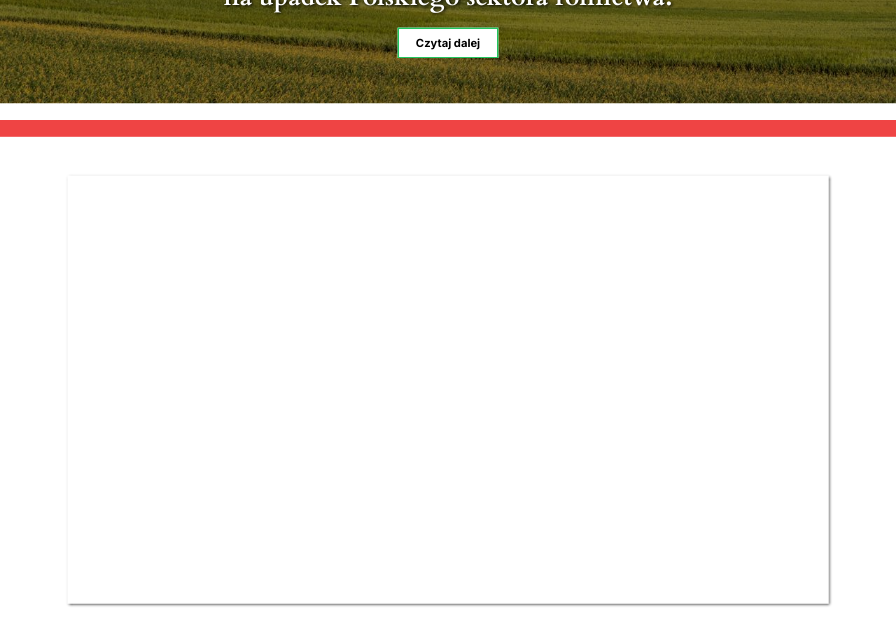
Repository: wesiudev/ZZRPWiS
Page: /
An editor plug-in stored every save of this project. The page is shown before and after the next save, followed by the edit.
The browser window is 1280 px wide. The pictures show the part of the page from y = 358 to 2278 px (the page is 1274 px tall before and 2714 px after), at 70% of full size.
The project was rebuilt for these pictures with package versions that can differ from the ones it lists, and the page was loaded fresh each time. The framework's server and built-in components were replaced by stand-ins that run in the browser. Also part of the build but not shown: next.config.mjs.

Above is the page before, as saved 2024-08-02 21:56:27.

### src/app/layout.tsx
import { Inter } from "next/font/google";
import "./globals.css";
import { Cardo } from "next/font/google";
const cardo = Cardo({
  weight: ["400", "700"],
  style: ["normal", "italic"],
  subsets: ["latin"],
  display: "swap",
  variable: "--font-cardo",
});
const inter = Inter({ subsets: ["latin"] });

export default function RootLayout({
  children,
}: Readonly<{
  children: React.ReactNode;
}>) {
  return (
    <html lang="pl">
      <body className={`bg-white ${inter.className} ${cardo.variable}`}>
        {children}
      </body>
    </html>
  );
}

### src/app/page.tsx
import Hero from "@/components/Hero";

export default function Home() {
  return (
    <>
      <Hero />
    </>
  );
}

import { Metadata } from "next";
export const metadata: Metadata = {
  viewport: "width=device-width, initial-scale=1",
  themeColor: "red",
  publisher: "wesiu.dev",
  manifest: "/manifest.json",
  verification: {
    google: "google85185d3abec28326.html",
  },
  icons: [
    {
      url: "/favicons/favicon-32x32.png",
      sizes: "32x32",
      type: "image/png",
    },
    {
      url: "/favicon.ico",
      sizes: "48x48",
      type: "image/x-icon",
    },
    {
      url: "/favicons/android-chrome-192x192.png",
      sizes: "192x192",
      type: "image/png",
    },
    {
      url: "/favicons/android-chrome-512x512.png",
      sizes: "512x512",
      type: "image/png",
    },
  ],
  title: "Związek Zawodowy Rolnictwa Polskiego Wolni i Solidarni",
  description:
    "Wspieramy Rolników i osoby pracujące na rzecz Rolnictwa. Dbamy o ochronę godności, praw i interesów materialnych. Nie pozwólmy o upadek Polskiego sektora rolnictwa.",
  openGraph: {
    type: "website",
    url: "https://ZZRPWiS.pl",
    title: "Związek Zawodowy Rolnictwa Polskiego Wolni i Solidarni",
    description:
      "Wspieramy Rolników i osoby pracujące na rzecz Rolnictwa. Dbamy o ochronę godności, praw i interesów materialnych. Nie pozwólmy o upadek Polskiego sektora rolnictwa.",
    siteName: "ZZRPWiS",
  },
};

### src/components/Hero.tsx
"use client";
import Image from "next/image";
import ScrollTo from "./ScrollTo";
import { useRef, useState } from "react";
import UnderHero from "./UnderHero";
import Pause from "./Pause";
import {
  MotionValue,
  useScroll,
  useTransform,
  motion as motionDiv,
} from "framer-motion";
export default function Hero() {
  const [engagementLevel, setEngagementLevel] = useState(0);
  const mainWrapper = useRef<any>();
  const { scrollYProgress } = useScroll({
    target: mainWrapper,
    offset: ["start end", "end end"],
  });

  const underHeroTranslateY = useTransform(
    scrollYProgress,
    [30, 5, 1],
    [0, 0.5, 1]
  );
  const underHeroScale = useTransform(
    scrollYProgress,
    [0, 0.5, 1],
    [0, 0.5, 0.85]
  );
  const underHeroOpacity = useTransform(
    scrollYProgress,
    [0, 0.5, 1],
    [0, 0.5, 1]
  );
  return (
    <>
      <main className="flex min-h-[50vh] flex-col items-center justify-between p-4 md:p-8 lg:p-12 xl:p-16 2xl:p-24 bg-heroBG bg-center relative">
        <Image
          src="/assets/logo.jpg"
          width={256}
          height={256}
          style={{ boxShadow: "2px 2px 5px #000000" }}
          alt=""
          className="relative z-10"
        />
        <div className="absolute top-0 left-0 bg-black w-full h-full bg-opacity-40 z-0"></div>
        <div className="relative z-10 flex flex-col">
          <p
            style={{ textShadow: "2px 2px 5px #000000" }}
            className="text-xl md:text-4xl text-white font-cardo font-bold mt-12 text-center"
          >
            Wspieramy Rolników i osoby pracujące na rzecz Rolnictwa. Dbamy o
            ochronę godności, praw i interesów materialnych. Nie pozwólmy na
            upadek Polskiego sektora rolnictwa.
          </p>
          <ScrollTo
            setEngagementLevel={setEngagementLevel}
            destination={"about"}
            label="Czytaj dalej"
          />
        </div>
      </main>
      <Pause />

      <UnderHero
        engagementLevel={engagementLevel}
        translateY={underHeroTranslateY}
        scale={underHeroScale}
      />
    </>
  );
}

### src/components/ScrollTo.tsx
"use client";
import * as Scroll from "react-scroll";

export default function ScrollTo({
  destination,
  label,
  setEngagementLevel,
}: {
  destination: any;
  label: string;
  setEngagementLevel: Function;
}) {
  let ScrollTo = Scroll.Link;

  return (
    <ScrollTo
      onClick={() => setEngagementLevel(1)}
      title={`Idź: ${destination}`}
      className="mt-6 flex flex-row items-center cursor-pointer bg-white hover:bg-green-500 border-green-500 border-2 hover:border-green-800 text-black font-bold p-2 px-6 duration-500 z-20 h-full mx-auto"
      to={`${destination}`}
      spy={true}
      smooth={true}
      offset={-47}
      duration={1000}
    >
      {label}
    </ScrollTo>
  );
}

### src/components/UnderHero.tsx
import Link from "next/link";
import {
  MotionValue,
  useScroll,
  useTransform,
  motion as motionDiv,
} from "framer-motion";

export default function UnderHero({
  engagementLevel,
  translateY,
  scale,
}: {
  engagementLevel: number;
  translateY: MotionValue<number>;
  scale: MotionValue<number>;
}) {
  return (
    <motionDiv.div
      style={{
        scale: scale,
        translateY: translateY,
        boxShadow: engagementLevel < 1 ? "2px 2px 5px #000000" : "none",
      }}
      className={`sticky top-24 h-screen bg-white`}
      id="about"
    ></motionDiv.div>
  );
}

### src/components/Pause.tsx
export default function Pause() {
  return (
    <div className="flex flex-col w-full">
      <div className="w-full bg-white h-6"></div>
      <div className="w-full bg-red-500 h-6"></div>
    </div>
  );
}

### tailwind.config.ts
import type { Config } from "tailwindcss";

const config: Config = {
  content: [
    "./src/pages/**/*.{js,ts,jsx,tsx,mdx}",
    "./src/components/**/*.{js,ts,jsx,tsx,mdx}",
    "./src/app/**/*.{js,ts,jsx,tsx,mdx}",
  ],
  theme: {
    extend: {
      fontFamily: {
        cardo: ["var(--font-cardo)"],
      },
      backgroundImage: {
        heroBG: "url('/assets/heroBG.jpg')",
        "gradient-radial": "radial-gradient(var(--tw-gradient-stops))",
        "gradient-conic":
          "conic-gradient(from 180deg at 50% 50%, var(--tw-gradient-stops))",
      },
    },
  },
  plugins: [],
};
export default config;

Loaded but not shown: src/app/globals.css (common file)

After the next save:
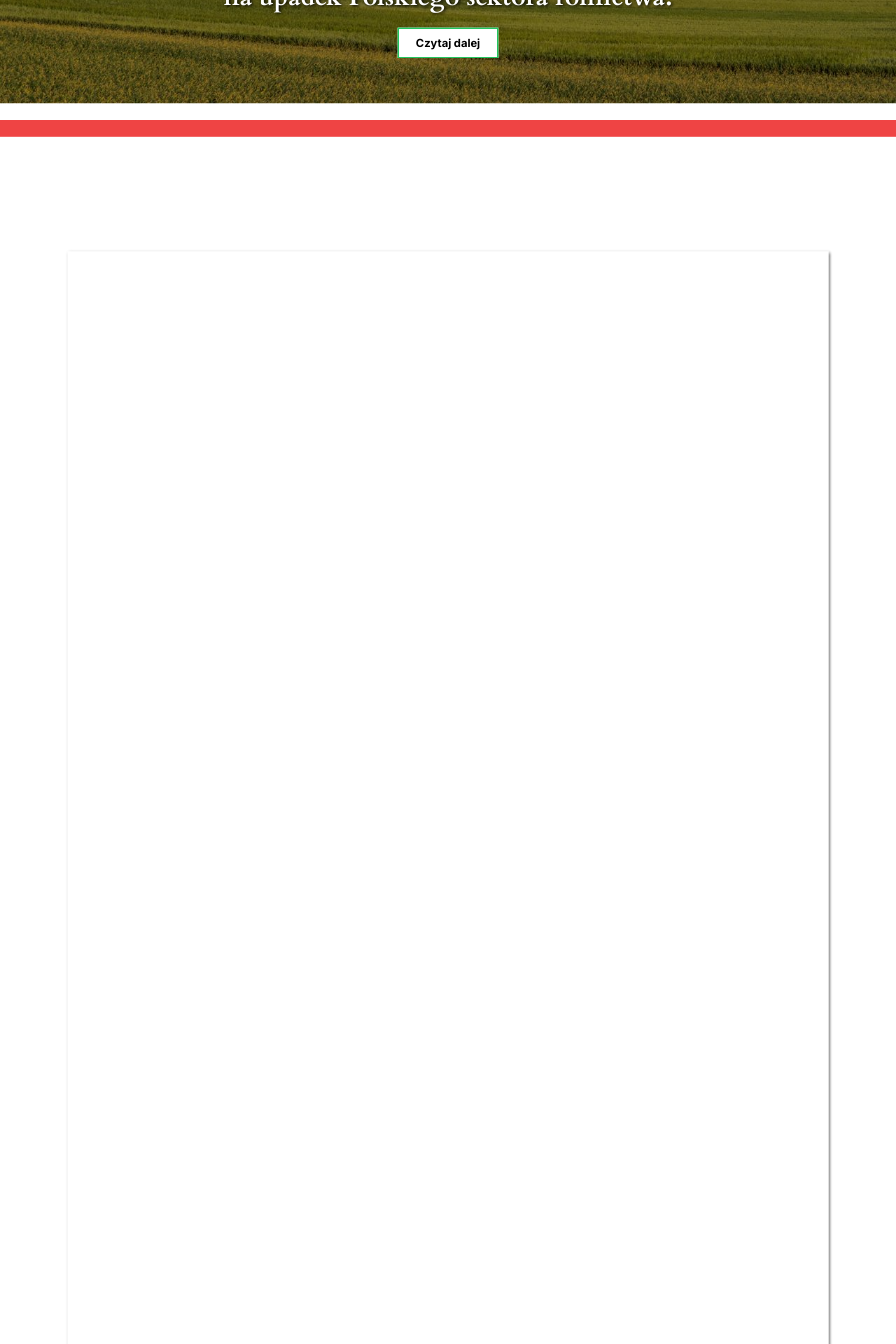
Saved 18 s later.
--- a/src/components/UnderHero.tsx
+++ b/src/components/UnderHero.tsx
@@ -22,7 +22,7 @@
         translateY: translateY,
         boxShadow: engagementLevel < 1 ? "2px 2px 5px #000000" : "none",
       }}
-      className={`sticky top-24 h-screen bg-white`}
+      className={`sticky top-24 h-[300vh] bg-white`}
       id="about"
     ></motionDiv.div>
   );
